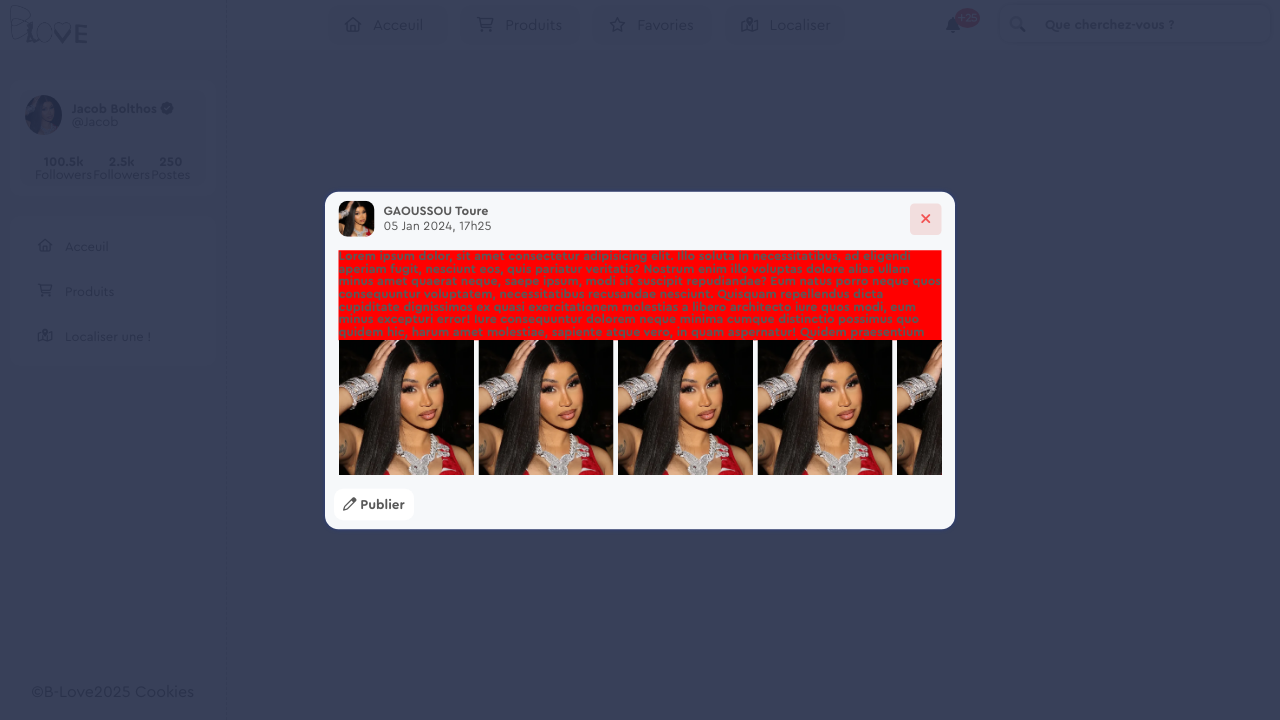
Repository: moomoony-log/b-love
Page: /home
An editor plug-in stored every save of this project. The page is shown before and after the next save, followed by the edit.
The browser window is 1280 px wide. The pictures show the whole page.
Pictures or frames that could not be fetched are drawn as grey boxes. The project was rebuilt for these pictures with package versions that can differ from the ones it lists, and the page was loaded fresh each time. Also part of the build but not shown: vite.config.ts, src/rules/legacy.tsx, src/rules/privacy.tsx, src/components/basic/notification.tsx, src/view/auth.tsx, src/view/main/acceuil.tsx, src/view/main/dashbord.tsx, src/view/main/info-account.tsx and 3 more.

Above is the page before, as saved 2025-10-15 14:59:28.

After the next save:
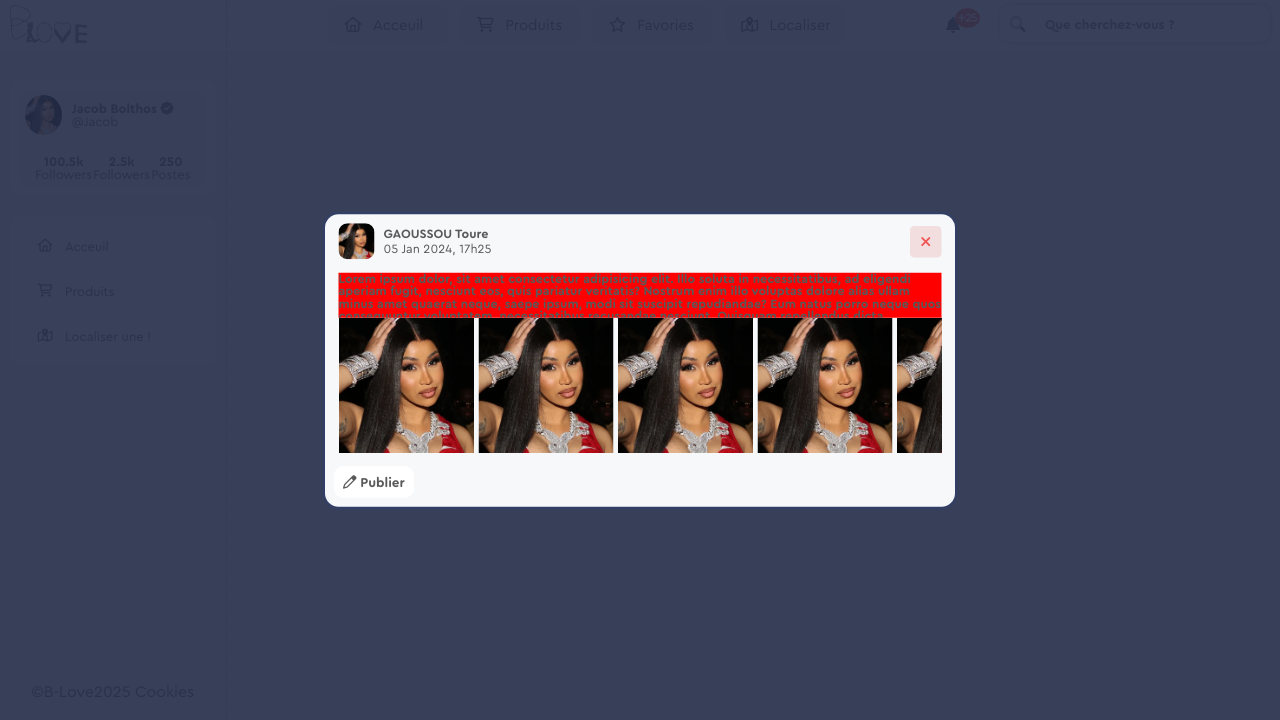
Saved 34 s later.
--- a/public/css/component/modals/pubItem.css
+++ b/public/css/component/modals/pubItem.css
@@ -20,7 +20,7 @@
 }
 .modal[data-name="pub-item"] .body .about-pub{
     width: 100%;
-    max-height: 100px;
+    max-height: 50px;
     background-color: red;
     font-size: 14px;
     overflow: hidden;
